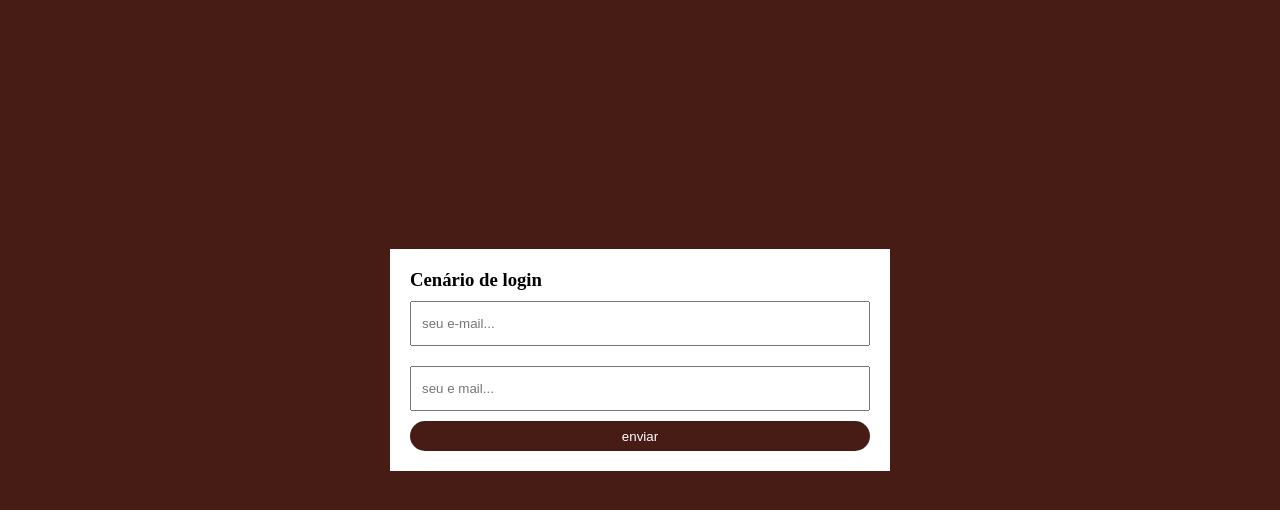
Repository: josceno/Sistema-para-controle-de-experimenta-o-animal
Page: index.html
The author's editor kept a copy of each file at every save. The page is drawn from the files as they stood at one save, then again after the next save.
The browser window is 1280 px wide. The pictures show the whole page.

Above is the page before, as saved 2021-09-13 15:57:23.

After the next save:
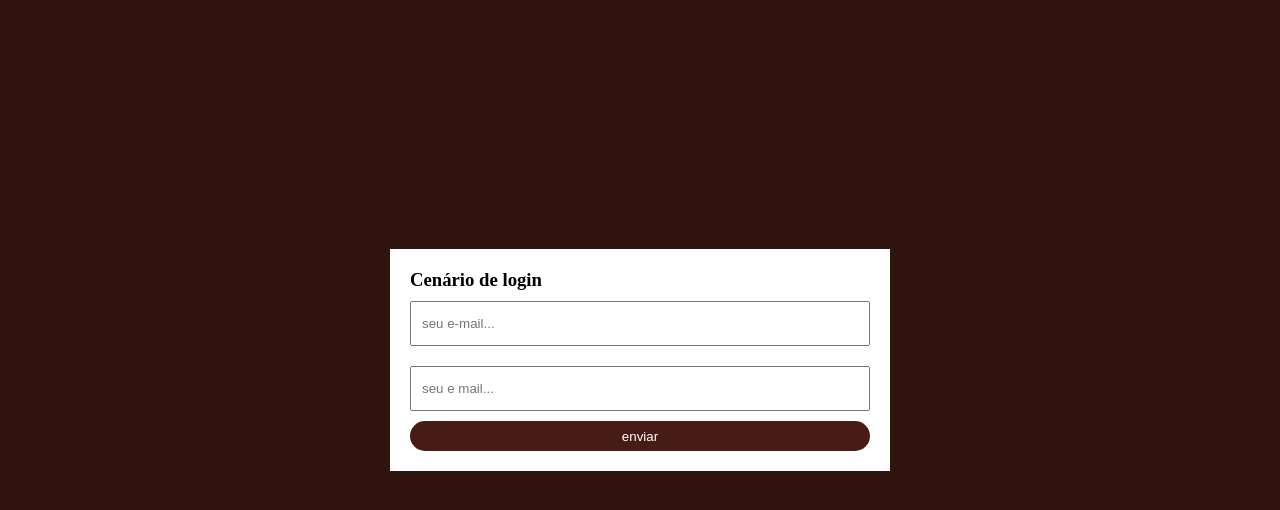
Saved 17 s later.
--- a/index.html
+++ b/index.html
@@ -7,7 +7,7 @@
         *{margin:0; padding:0;box-sizing: border-box;}
         body
         {
-            background-color: #471c14;
+            background-color: #31140f;
         }
         form
         {
